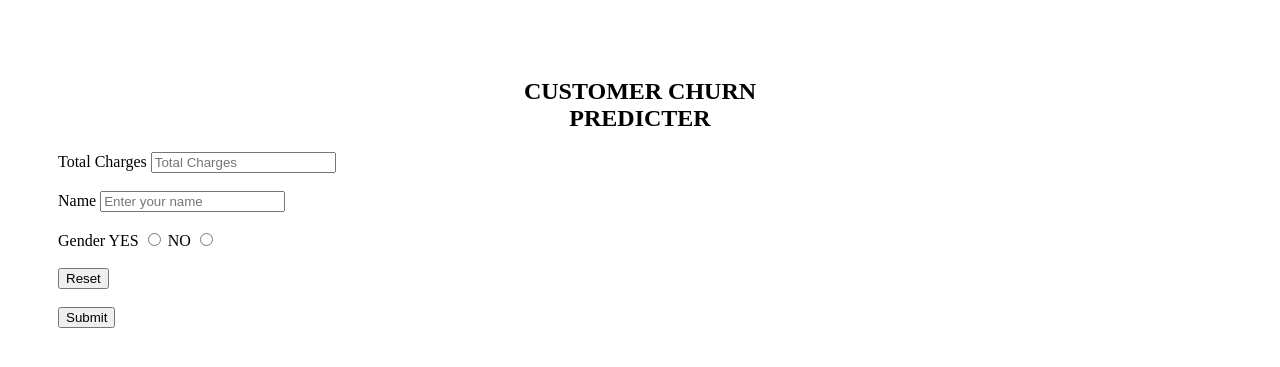
Repository: Cedrqmwesigwa/customer-churn-Bank
Page: index.html
An editor plug-in stored every save of this project. The page is shown before and after a run of saves, followed by the edit.
The browser window is 1280 px wide. The pictures show the whole page.

Above is the page before, as saved 2024-05-21 03:38:29.

After the next 3 saves:
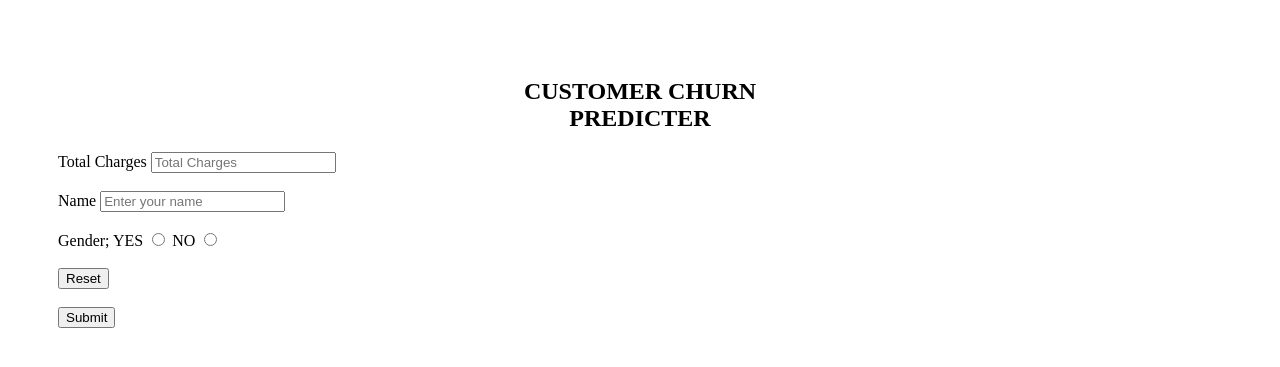
The 3 saves are shown as one change because they came seconds apart.
The last was saved 10 s later.
--- a/index.html
+++ b/index.html
@@ -47,7 +47,7 @@
                     <br>
 
                     <div>
-                        <label for="gender"> Gender </label>
+                        <label for="gender"> Gender; </label>
                         <label>YES</label>
                         <input type="radio" name="title" value="YES">
 
